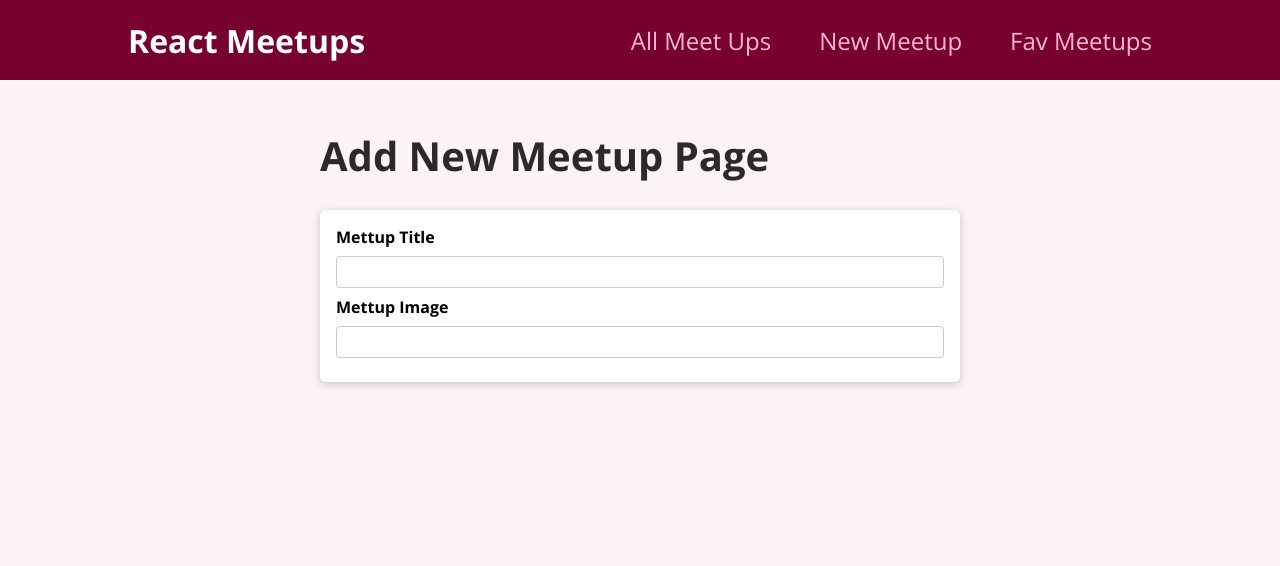
Repository: portretrieve/react-meetup-app
Page: /meet
The author's editor kept a copy of each file at every save. The page is drawn from the files as they stood at one save, then again after the next save.
The browser window is 1280 px wide. The pictures show the whole page.
The project was rebuilt for these pictures with package versions that can differ from the ones it lists, and the page was loaded fresh each time. A package was used in the major version that the imports need, not the one package.json lists. Also part of the build but not shown: src/components/meetups/MeetupList.module.css, src/components/meetups/Meetupitem.module.css, src/components/meetups/MeetupItem.js, src/components/meetups/MeetupList.js, src/pages/AllMeetups.js, src/pages/Favourites.js.

Above is the page before, as saved 2021-08-19 01:08:34.

### src/App.js
import { Route, Switch } from "react-router-dom";

import AllMeetupsPage from "./pages/AllMeetups";
import FavouritesPage from "./pages/Favourites";
import NewMeetupPage from "./pages/NewMeetup";
import Layout from "./components/layout/Layout";

function App() {
  return (
    <Layout>
      <Switch>
        <Route path="/" exact>
          <AllMeetupsPage />
        </Route>
        <Route path="/meet">
          <NewMeetupPage />
        </Route>
        <Route path="/fav">
          <FavouritesPage />
        </Route>
      </Switch>
    </Layout>
  );
}

export default App;

### src/pages/NewMeetup.js
import NewMeetupForm from "../components/meetups/NewMeetupForm";

function NewMeetupPage() {
  return (
    <div>
      <h1>Add New Meetup Page</h1>
      <NewMeetupForm />
    </div>
  );
}

export default NewMeetupPage;

### src/components/layout/Layout.js
import classes from "./Layout.module.css";
import MainNavigation from "./MainNavigation";
function Layout(props) {
  return (
    <div>
      <MainNavigation></MainNavigation>
      <main className={classes.main}>{props.children}</main>
    </div>
  );
}

export default Layout;

### src/components/meetups/NewMeetupForm.js
import classes from "./NewMeetupForm.module.css";
import Card from "../userInterface/Card";

function NewMeetupForm() {
  return (
    <Card>
      <form className={classes.form}>
        <div className={classes.control}>
          <label htmlFor="title">Mettup Title</label>
          <input type="text" id="title" required />
        </div>
        <div className={classes.control}>
          <label htmlFor="image">Mettup Image</label>
          <input type="url" id="image" required />
        </div>
      </form>
    </Card>
  );
}
export default NewMeetupForm;

### src/components/layout/MainNavigation.js
import { Link } from "react-router-dom";
import classes from "./MainNavigation.module.css";

function MainNavigation() {
  return (
    <header className={classes.header}>
      <div className={classes.logo}>React Meetups</div>
      <nav>
        <ul>
          <li>
            <Link to="/">All Meet Ups</Link>
          </li>
          <li>
            <Link to="/meet">New Meetup</Link>
          </li>
          <li>
            <Link to="/fav">Fav Meetups</Link>
          </li>
        </ul>
      </nav>
    </header>
  );
}

export default MainNavigation;

### src/components/meetups/NewMeetupForm.module.css
.form {
    padding: 1rem;
}

.control {
    margin-bottom: 0.5rem;
}

.control label {
    display: block;
    font-weight: bold;
    margin-bottom: 0.5rem;
}

.control input,
.control textarea {
    display: block;
    font: inherit;
    border-radius: 4px;
    border: 1px solid #ccc;
    padding: 0.25rem;
    width: 100%;
}

.actions {
    margin-top: 1rem;
    text-align: right;
}

.actions button {
    font: inherit;
    cursor: pointer;
    background-color: #77002e;
    color: white;
    padding: 0.5rem 1.5rem;
    border: 1px solid #77002e;
    border-radius: 4px;
    font-weight: bold;
}

.actions button:hover,
.actions button:active {
    background-color: #a50e48;
    border-color: #a50e48;
}

### src/components/userInterface/Card.js
import classes from "./Card.module.css";

function Card({ children }) {
  return <div className={classes.card}>{children}</div>;
}

export default Card;

Loaded but not shown: public/index.html (common file); src/index.js (common file); src/index.css (common file); src/components/layout/Layout.module.css (common file); src/components/layout/MainNavigation.module.css (common file); src/components/userInterface/Card.module.css (common file)

After the next save:
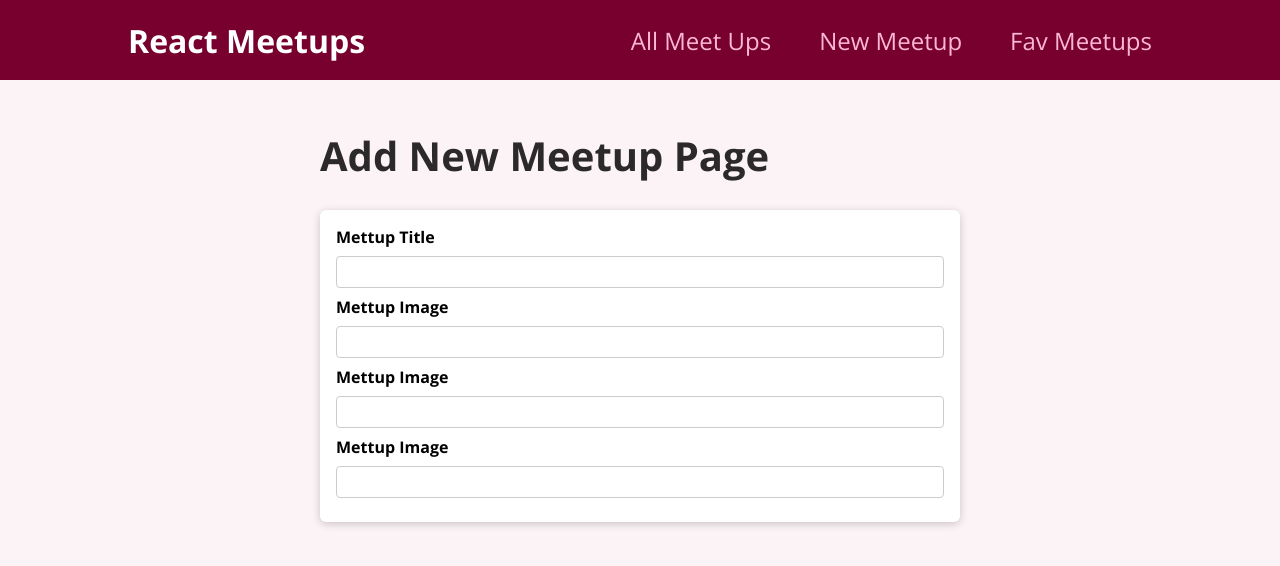
Saved 42 s later.
--- a/src/components/meetups/NewMeetupForm.js
+++ b/src/components/meetups/NewMeetupForm.js
@@ -13,6 +13,14 @@ function NewMeetupForm() {
           <label htmlFor="image">Mettup Image</label>
           <input type="url" id="image" required />
         </div>
+        <div className={classes.control}>
+          <label htmlFor="image">Mettup Image</label>
+          <input type="url" id="image" required />
+        </div>
+        <div className={classes.control}>
+          <label htmlFor="image">Mettup Image</label>
+          <input type="url" id="image" required />
+        </div>
       </form>
     </Card>
   );
